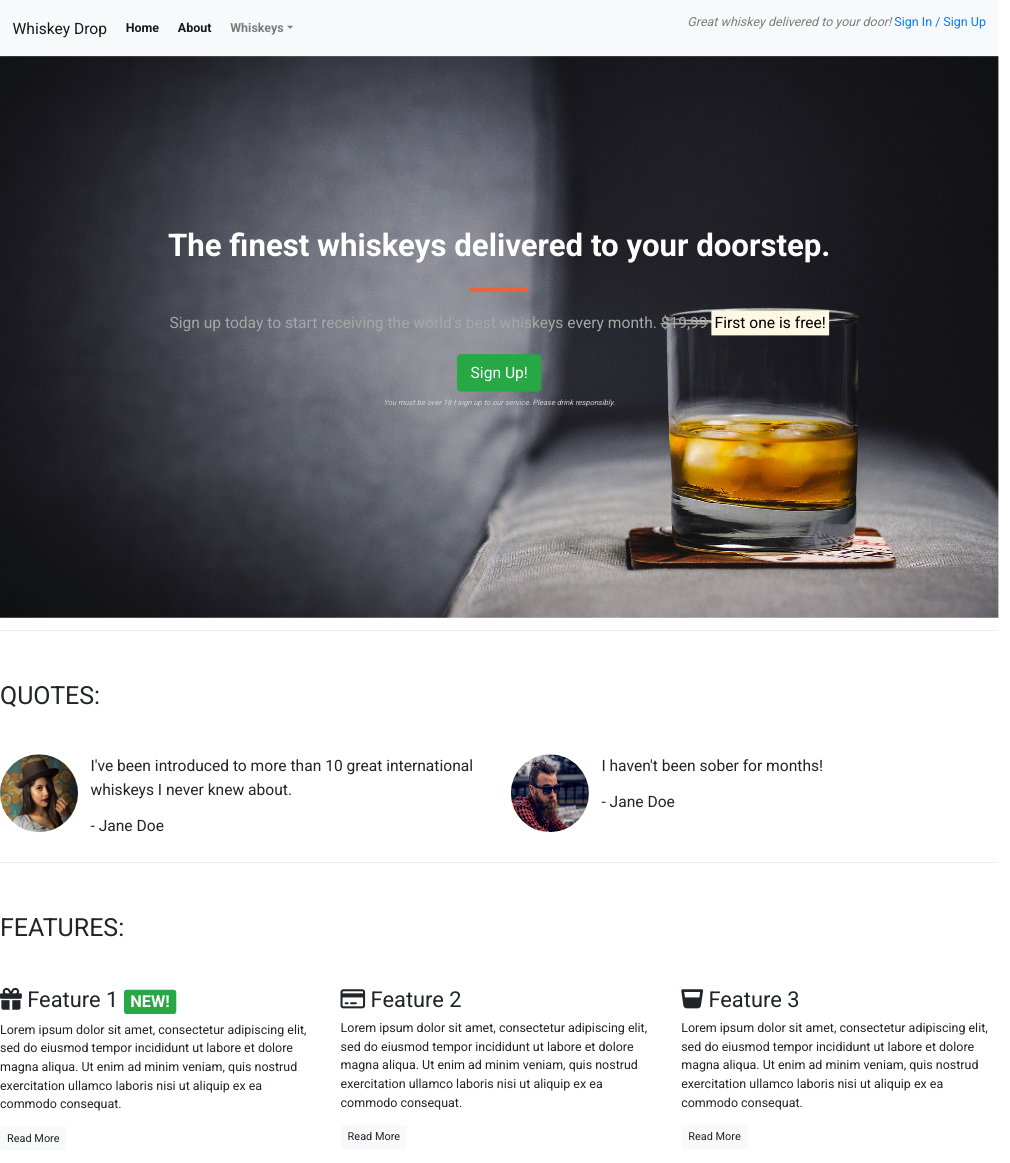
Repository: nitr-am/whiskey-project
Page: index.html
The author's editor kept a record of every edit. The page is drawn from the files as they stood at one moment, then again after the next edit.
The browser window is 1280 px wide. The page is 1295 px wide, so the pictures cover 1295 px, including what lies to the right of the window. The pictures show the whole page, at 78% of full size.
Backgrounds fixed to the window are drawn as part of the page. Some web libraries are served in a nearby version.

Above is the page before.

After the next edit:
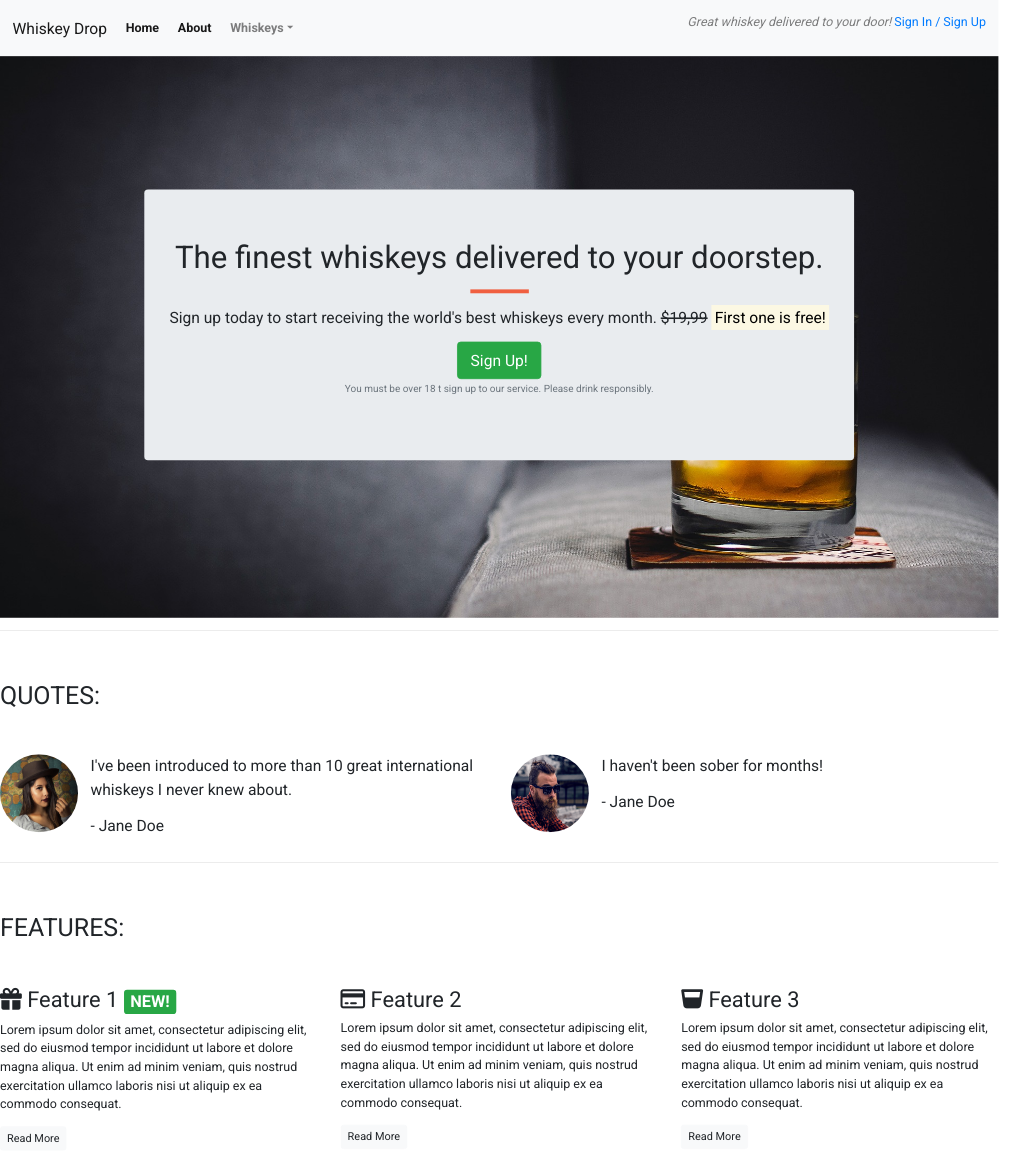
The edit:
--- a/css/style.css
+++ b/css/style.css
@@ -84,6 +84,13 @@
     padding-right: 0;
 }
 
+.site-wide-alert {
+    background-color: #eec802;
+    border-color: #eec802;
+    padding: 5px 15px;
+    margin-bottom: 0;
+    border-radius: 0;
+
 /* Jumbotrons */
 
 .jumbotron {

After the edit that followed:
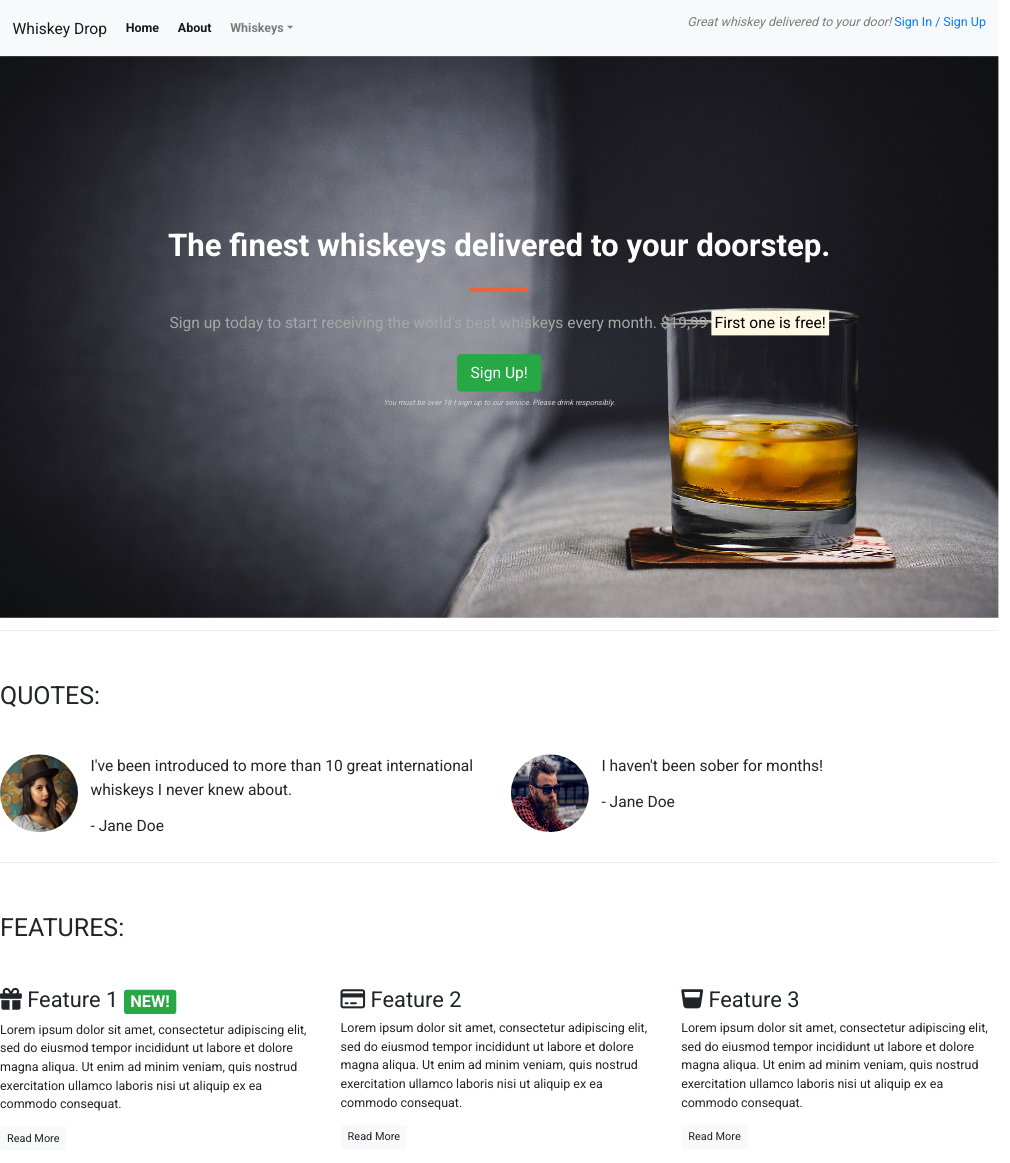
The edit:
--- a/css/style.css
+++ b/css/style.css
@@ -90,6 +90,7 @@
     padding: 5px 15px;
     margin-bottom: 0;
     border-radius: 0;
+}
 
 /* Jumbotrons */
 
